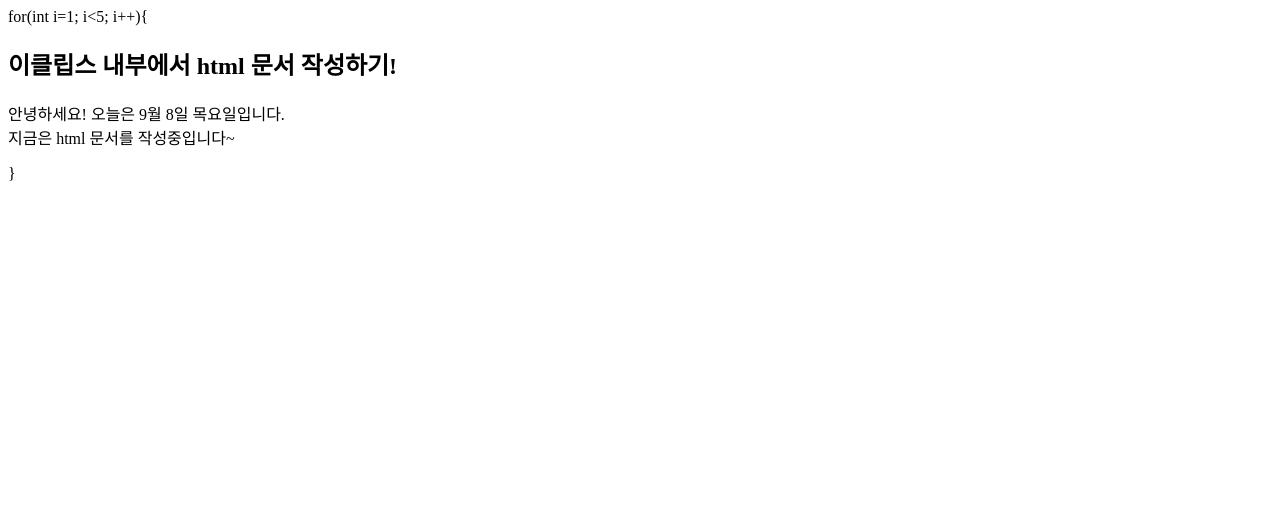
Repository: samkkkkkkk/Jsp_basic
Page: http://localhost/JspBasic/hello.jsp
These files come from the project's save history. The page is drawn as it stood at one moment and after the next save; the edit follows.
The browser window is 1280 px wide. The pictures show the whole page.
The page is served by Tomcat 9. Other server files are loaded and not shown.

Above is the page before, as saved 2023-09-08 07:54:10.

### JspBasic/src/main/webapp/hello.jsp
<%@ page language="java" contentType="text/html; charset=UTF-8"
    pageEncoding="UTF-8"%>
<!DOCTYPE html>
<html>
<head>
<meta charset="UTF-8">
<title>Insert title here</title>
</head>
<body>

	for(int i=1; i<5; i++){
	<h2>이클립스 내부에서 html 문서 작성하기!</h2>
	<p>
		안녕하세요! 오늘은 9월 8일 목요일입니다.<br>
		지금은 html 문서를 작성중입니다~
	</p>
	}
</body>
</html>

After the next save:
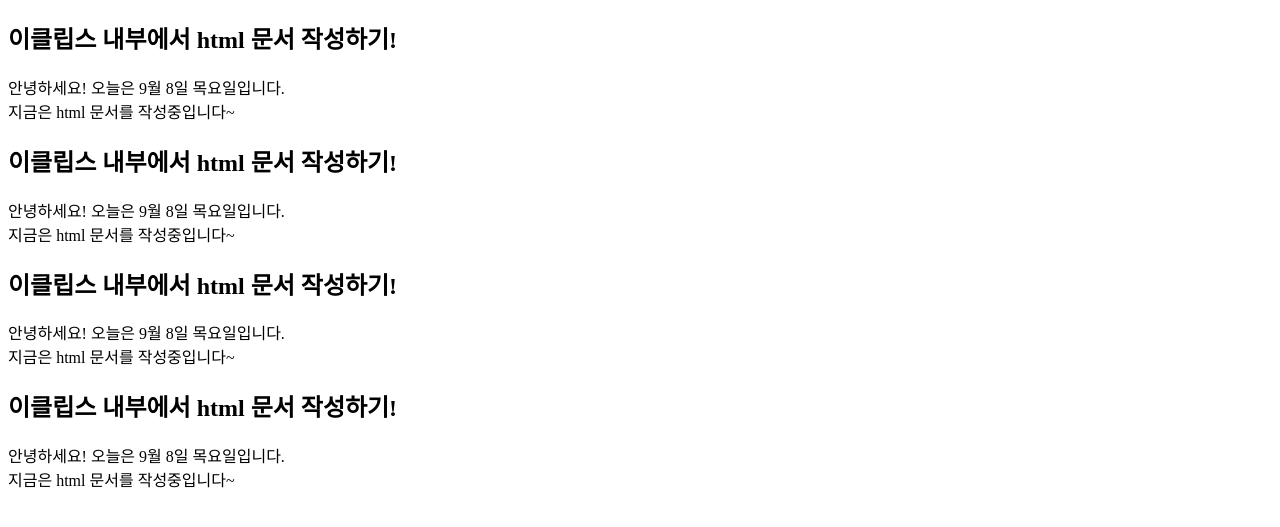
Saved 61 s later.
--- a/JspBasic/src/main/webapp/hello.jsp
+++ b/JspBasic/src/main/webapp/hello.jsp
@@ -8,12 +8,12 @@
 </head>
 <body>
 
-	for(int i=1; i<5; i++){
+	<% for(int i=1; i<5; i++){ %>
 	<h2>이클립스 내부에서 html 문서 작성하기!</h2>
 	<p>
 		안녕하세요! 오늘은 9월 8일 목요일입니다.<br>
 		지금은 html 문서를 작성중입니다~
 	</p>
-	}
+	<% } %>
 </body>
 </html>
